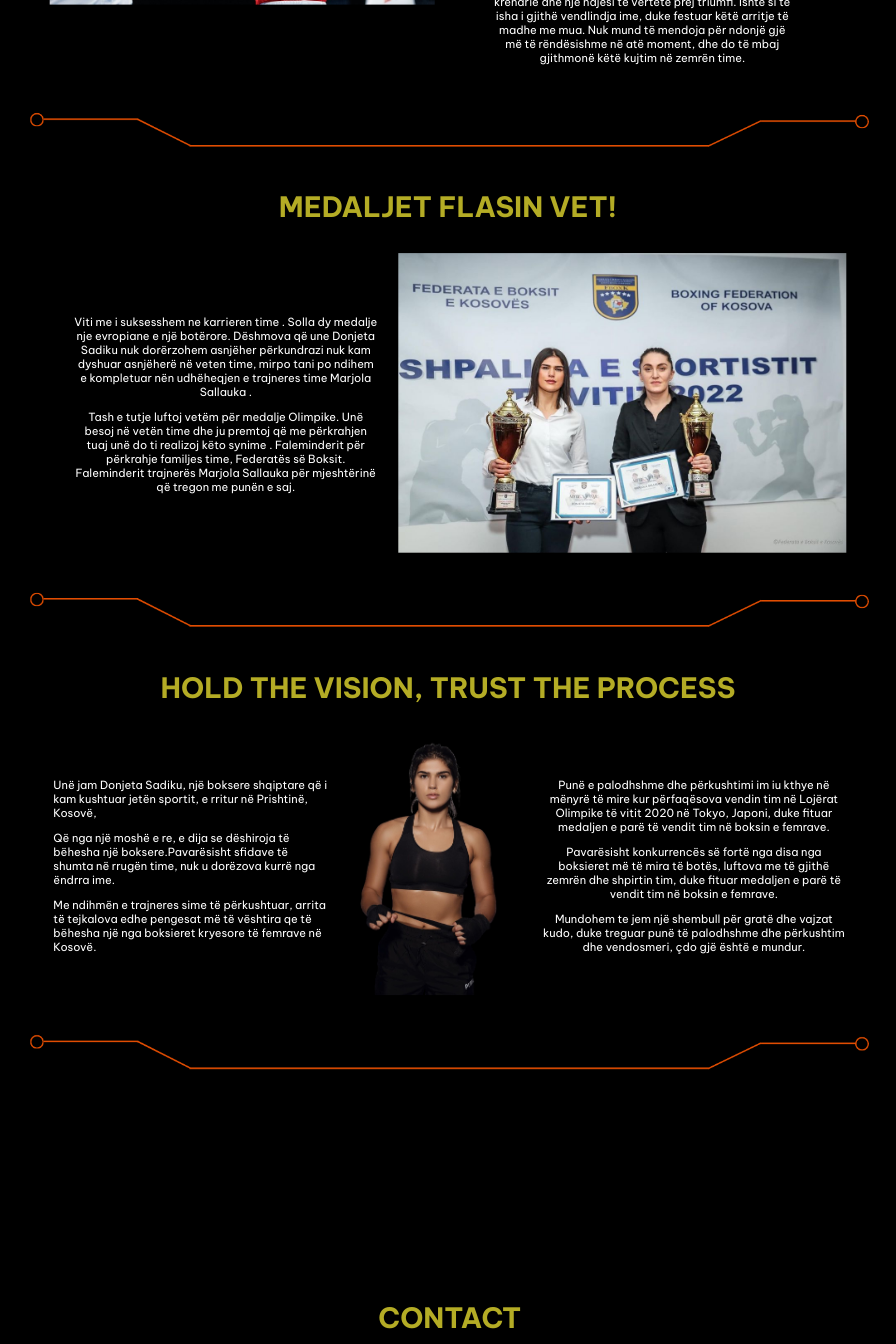
Repository: milot-morina/ds-boxing
Page: DS-Portfolio/index.html
The author's editor kept a copy of each file at every save. The page is drawn from the files as they stood at one save, then again after the next save.
The browser window is 1280 px wide. The pictures show the part of the page from y = 1171 to 3091 px (the page is 4240 px tall before and 3555 px after), at 70% of full size.
A picture or video elsewhere on the page could not be fetched, so the positions and the page height are approximate.

Above is the page before, as saved 2023-03-21 08:43:18.

### DS-Portfolio/index.html
<!DOCTYPE html>
<html lang="en">
<head>
  <meta charset="UTF-8">
  <meta http-equiv="X-UA-Compatible" content="IE=edge">
  <meta name="viewport" content="width=device-width, initial-scale=1.0">
  <title>Donjeta Sadiku</title>
  <link rel="stylesheet" href="style.css">
  <link rel="stylesheet" href="https://cdnjs.cloudflare.com/ajax/libs/font-awesome/6.0.0-beta2/css/all.min.css" integrity="sha512-YWzhKL2whUzgiheMoBFwW8CKV4qpHQAEuvilg9FAn5VJUDwKZZxkJNuGM4XkWuk94WCrrwslk8yWNGmY1EduTA==" crossorigin="anonymous" referrerpolicy="no-referrer" />
  <link rel="icon" href="logofinal.png" type="image/icon type" style="width: 100%;">
  <link href="https://fonts.googleapis.com/css2?family=Be+Vietnam+Pro:wght@400;500;700&display=swap" rel="stylesheet">
</head>
<body>

  <section class="section1" id="home">
    <video muted autoplay loop style="pointer-events: none;">
      <source src="DS-Glitch.mp4" type="video/mp4">
    </video>
    <header class="hidden3">
      <div class="container">
        <nav class="navbar">
          <div class="brand-title">
            <img src="unitetiLogoFinal.png" alt="" width="130px">
          </div>
          <a href="#" class="toggle-button">
            <span class="bar"></span>
            <span class="bar"></span>
            <span class="bar"></span>
          </a>
          <div class="navbar-links">
            <ul>
              <li><a href="#home" class="home-btn">HOME</a></li>
              <li><a href="#club" class="header-club">CLUB</a></li>
              <li><a href="#contact" class="header-link a">CONTACT</a></li>
              <li><a href="#form" class="header-link a">FORM</a></li>
            </ul>
            <div class="socials">
            <i class="fa-brands fa-facebook"><a href="https://www.youtube.com/watch?v=dQw4w9WgXcQ"></a></i>
            <i class="fa-brands fa-instagram"></i>
            <i class="fa-brands fa-youtube"></i>
            <i class="fa-brands fa-app-store-ios"></i>
          </div>
          </div>

        </nav>
      </div>
    </header>
  </section>


  <img src="separator2.png" alt="" width="100%" style="margin-top: 40px;" class="first-seperator">


  <section class="section2 container row" id="club">

    <div class="images hidden2">
      <img src="handsUp.jpg" alt="">
    </div>
    <div class="text hidden">
      <p class="section-h hidden3">HISTORIA SHKRUHET!</p>
      <p class="section2-p hidden3">Nuk ka fjalë për t'u shprehur se sa krenare isha për të përfaqësuar vendin tim në skenën dhe për të marrë medalje ne kete nivel. Ishte një ndjenjë e mrekullueshme të përfaqësosh vendin tënd dhe të ndjehesh si një ambasador i saj në arenën nderkombetare.</p>
      <p class="section2-p hidden3">Në çdo moment të kësaj përvojeje, isha e mbuluar nga emocionet për rëndësinë që kjo ngjarje kishte për popullin tim dhe për boksierët shqiptarë. Nuk ishte thjesht një fitore personale, por ishte një fitore që përfaqësoi përparimin e boksi shqiptar dhe mundësinë e një të ardhme të ndritshme për sportin në vendin tonë.</p>
      <p class="section2-p hidden3">Kur mora medaljen olimpike, ndjeva një ndjenjë të thellë krenarie dhe një ndjesi të vërtetë prej triumfi. Ishte si të isha i gjithë vendlindja ime, duke festuar këtë arritje të madhe me mua. Nuk mund të mendoja për ndonjë gjë më të rëndësishme në atë moment, dhe do të mbaj gjithmonë këtë kujtim në zemrën time.</p>

    </div>

  </section>

  <img src="separator2.png" alt="" width="100%" style="margin-top: 30px;">


  <section class="section3 container">
    <p class="section-h">MEDALJET FLASIN VET!</p>
   <div class="row">
    <div class="text hidden2">
      <p>Viti me i suksesshem ne karrieren time . Solla dy medalje nje evropiane e një botërore. Dëshmova që une Donjeta Sadiku nuk dorërzohem asnjëher përkundrazi nuk kam dyshuar asnjëherë në veten time, mirpo tani po ndihem e kompletuar nën udhëheqjen e trajneres time Marjola Sallauka .</p>
      <p>Tash e tutje luftoj vetëm për medalje Olimpike. Unë besoj në vetën time dhe ju premtoj që me përkrahjen tuaj unë do ti realizoj këto synime . Faleminderit për përkrahje familjes time, Federatës së Boksit. Faleminderit trajnerës Marjola Sallauka për mjeshtërinë që tregon me punën e saj.</p>
    </div>
    <div class="images hidden">
      <img src="DplusMar.jpg" alt="" style="max-width: 640px;">
    </div>
   </div>

  </section>








  <img src="separator2.png" alt="" width="100%" style="margin-top: 30px;">




  <section class="section4 container" id="nft">
    <p class="section-h hidden3">HOLD THE VISION, TRUST THE PROCESS</p>
    <div class="row">
      <div class="text hidden2" style="text-align: left">
        <p>Unë jam Donjeta Sadiku, një boksere shqiptare që i kam kushtuar jetën sportit, e rritur në Prishtinë, Kosovë,
        </p>
        <p>Që nga një moshë e re, e dija se dëshiroja të bëhesha një boksere.Pavarësisht sfidave të shumta në rrugën time, nuk u dorëzova kurrë nga ëndrra ime.
        </p>
        <p>Me ndihmën e trajneres sime të përkushtuar, arrita të tejkalova edhe pengesat më të vështira qe të bëhesha një nga boksieret kryesore të femrave në Kosovë.</p>
      </div>
      <div class="hidden3">
        <div class="column">
          <img src="profilePic.png" alt="" style="width: 300px;">
          <!-- <img src="shadow.png" alt="" style="width: 300px;"> -->
        </div>
      </div>
      <div class="text hidden">
        <p>Punë e palodhshme dhe përkushtimi im iu kthye në mënyrë të mire kur përfaqësova vendin tim në Lojërat Olimpike të vitit 2020 në Tokyo, Japoni, duke fituar medaljen e parë të vendit tim në boksin e femrave.</p>
        <p>Pavarësisht konkurrencës së fortë nga disa nga boksieret më të mira të botës, luftova me të gjithë zemrën dhe shpirtin tim, duke fituar medaljen e parë të vendit tim në boksin e femrave.
        </p>
        <p>
          Mundohem te jem një shembull për gratë dhe vajzat kudo, duke treguar punë të palodhshme dhe përkushtim dhe vendosmeri, çdo gjë është e mundur.
        </p>
      </div>
    </div>

  </section>

  <img src="separator2.png" alt="" width="100%" style="margin-top: 30px;">

  <section class="section4 container" id="nft">
    <div>
      <h2>Projects Completed:</h2>
      <div class="number-counter" data-count="1000">0</div>
    </div>
    <div>
      <h2>Number of Employees:</h2>
      <div class="number-counter" data-count="50">0</div>
    </div>
    <div>
      <h2>Years of Experience:</h2>
      <div class="number-counter" data-count="15">0</div>
    </div>
  </section>


  <section class="section5 container" id="contact">
    <div class="text">
      <p class="section-h">CONTACT</p>
      <p>Unë gjithmonë vlerësoj përkushtimin dhe mbështetjen e fansave dhe njerëzve të interesuar për mua dhe karrierën time si boksere. Ndaj, ju inkurajoj të na kontaktoni dhe të ndajmë bashkë idetë, pyetjet dhe komentet tuaja. Unë shpresoj se historia ime do t'ju frymëzojë dhe do t'ju ndihmojë të arrini qëllimet tuaja si sportist ose në jetën tuaj të përditshme.</p>
      <p style="color: #B4AC25; margin-top: 45px;">DONJETASADIKU@INFO.COM</p>
    </div>
  </section>






 <img src="separator2.png" alt="" width="100%" style="margin-top: 30px;">

  <section class="section6 container" id="form">
    <div class="text">
      <p class="section-h">APPLICATION FORM</p>
    </div>
    <form action="#">
      <div class="form-row">
        <input type="text" placeholder="First Name">
        <input type="text"placeholder="Surname">
      </div>
      <div class="form-row">
        <input type="text" placeholder="Phone">
        <input type="email" placeholder="Email">
      </div>
      <div class="long-inputs-form">
        <input type="text" placeholder="Occupation"><br>
        <input type="text" placeholder="Message" style="padding-block: 40px;">
      </div>
    </form>
    <button class="home-btn">Apply</button>
    <div class="socials" style="margin-block: 40px;">
      <a href="https://www.facebook.com/your-page"><i class="fa-brands fa-facebook"></i></a>
      <a href="https://www.instagram.com/donjetasadikuofficial/"><i class="fa-brands fa-instagram"></i></a>
      <a href="https://www.youtube.com/channel/your-channel"><i class="fa-brands fa-youtube"></i></a>
      <!-- <a href="https://apps.apple.com/your-app"><i class="fa-brands fa-app-store-ios"></i></a> -->
    </div>


    <div class="text" style="margin-bottom: 40px;">
      <p>Copyright © - 2023 - Donjeta Sadiku </p>
    </div>


    <div style="background-color: rgba(0, 0, 0, 0.2); display: flex; justify-content: center; align-items: center;">
      <a class="navbar-brand" href="https://www.reetech.ch/">
        <img src="reetech.png" width="185" height="105" class="d-inline-block align-top" alt="">
      </a>
    </div>

  </section>




  <script src="script.js"></script>
</body>
</html>

### DS-Portfolio/style.css
html {
  scroll-behavior: smooth;
  transition: 2s;
  overflow-x: hidden;
}

body {
  text-align: center;
  overflow-x: hidden;
  font-family: 'Be Vietnam Pro', sans-serif;
}

/* header----*/


header {
  background-color: transparent;
  width: 100%;
  position: absolute;
  top: 0;
  left: 0;

  z-index: 100;
}


.navbar {
  display: flex;
  flex-direction: column;
  justify-content: space-between;
  align-items: flex-start;
  color: black;
}



.navbar-links {
  width: 100%;
  display: none;
}

.navbar-links ul {
  margin: 0;
  padding: 0;
  display: flex;
  flex-direction: column;
  width: 100%;
  text-align: center;
}

.navbar-links li {
  list-style: none;
  font-size: 15px;

}

.navbar-links li a {
  text-decoration: none;
  color: white;

  display: block;
}


.toggle-button {
  position: absolute;
  top: .75rem;
  right: 1rem;
  display: flex;
  flex-direction: column;
  justify-content: space-between;
  width: 31px;
  height: 21px;
}

.bar {
  width: 100%;
  height: 3px;
  background-color: white;
  border-radius: 10px;
}

.navbar-links.active {
  display: flex;
  flex-direction: column;
  background-color: transparent;
}

i {
  color: white;
}

i:hover {
  color: #B4AC25;
  cursor: pointer;
}



video {
  width: 100%;
  position: relative;
  height: auto;
  pointer-events: none;
  display: none;
}



.socials {
  width: 47%;
  display: block;
  margin: 5px auto;
  text-align: center;
}

i {
  margin-left: 12px;
  font-size: 24px;
}


.header-club {
  color: white;
  padding-inline: 10px;
  margin-top: 5px;
  max-width: 80px;
  display: block;
  margin-inline: auto;
  font-weight: 700;
}


.header-club:hover {
  color: white;
  border-color: #B4AC25;

}

.home-btn {
  color: white;
  padding-inline: 10px;
  margin-top: 5px;
  max-width: 80px;
  display: block;
  margin-inline: auto;
  font-weight: 700;
}

.home-btn:hover {
  color: white;
  border-color: white;
  background-color: transparent;
  cursor: pointer;
}


.header-link {
  color: white;
  padding-inline: 10px;
  margin-top: 5px;
  max-width: 80px;
  display: block;
  margin-inline: auto;
  font-weight: 700;
}

.header-link:hover {
  color: #B4AC25;
}

a {
  position: relative;
}

a::after {
  content: " ";
  position: absolute;
  background-color: #B4AC25;
  height: 3px;
  width: 0;
  left: 0;
  bottom: -10px;
  transition: 0.3s;
}

a:hover::after {
  width: 100%;
}





/*---------------header-----------*/




/*---------------------- collapsible table ------------------------*/

.main-collapsible {
  background-color: transparent;
  color: black;
  width: 100%;
  margin-inline: auto;
  margin-block: 120px 40px;
}



.container-collapsible {
  width: 100%;
  margin: 0 auto;
  display: flex;
  flex-direction: column;
  align-items: center;
}


hr {
  background-color: white;
  width: 90%;
  display: block;
  margin-inline: auto;
}



.collapsible-button {
  background-color: rgb(24, 24, 24);
  color: gray;
  cursor: pointer;
  padding: 5px;
  width: 93%;
  border-bottom: 1px solid white;
  display: flex;
  align-items: center;
  justify-content: space-between;
  text-align: left;
  outline: none;
  font-size: 15px;
  border: none;
}





.button-name-collapsible {
  color: white;
  text-align: left;
  outline: none;
  font-size: 16px;

}


.button-name-collapsible:hover {
  color: #B4AC25;
}



.collapsible-button:after {
  content: '\002B';
  color: white;
  font-weight: bold;
  float: right;
  margin-left: 5px;
  font-size: 24px;
}

.collapsible-button:hover::after{
  color: #B4AC25;
}

.active:after {
  content: "\2212";
}

.content {
  width: 93%;
  max-height: 0;
  overflow: hidden;
  transition: max-height 0.2s ease-out;
  background-color:  rgb(24, 24, 24);
  color: white;
  margin-bottom: 10px;
}

/*---------------------- collapsible table ------------------------*/



/*----------animations------------*/

.hidden {
  opacity: 0;
  filter: blur(2px);
  transform: translateX(60%);
  transition: all 700ms;
}


.hidden2 {
  opacity: 0;
  filter: blur(2px);
  transform: translateX(-60%);
  transition: all 700ms;
}

.hidden3 {
  opacity: 0;
  filter: blur(2px);
  transform: translateY(-5%);
  transition: all .7s;
}



.show {
  opacity: 1;
  filter: blur(0);
  transform: translateX(0);
}


@media(prefers-reduced-motion) {
  .hidden {
    transition: none;
  }
}

/*--------------animations------------------*/


/*---------main---------------*/

body {
  background-color: black;

}


.container {
  width: 90%;
  margin: 0 auto;
}



.first-seperator {
  display: none;
}

@media(min-width: 687px) and (max-width: 900px) {
  .column {
    display: flex;
    flex-direction: column;
    width: 100%;
    margin-left: 28%;
  }
}


.row2 {
  display: flex;
  align-items: center;
  justify-content: space-between;
}

.section2 {
  margin-top: 70px;
}

.section2 img {
  width: 80%;
  max-width: 500px;
  display: block;
  margin-inline: auto;
}

.text {
  color: white;
  max-width: 440px;
  display: block;
  margin-inline: auto;
}

.text p {
  font-weight: 400;
  margin-left: 5px;
}

.text .section-h,
.section-h {
  font-size: clamp(2.15rem, 2.5rem, 3.2rem);
  color: #B4AC25;
  font-weight: 700;
}

.images img {
  max-width: 550px;
  width: 100%;
}

.section3 .images img {
  width: 100%;
}


input {
  background-color: transparent;
  color: white;
  border: 1px solid white;
  padding: 20px 30px;
  margin: 5px;
  max-width: 410px;
}

input::placeholder {
  color: white;
  padding: 12px;
}

.long-inputs-form > input{
  width: 170px;
}

.section6 button{
  margin-top: 17px;
  padding: 10px 20px;
}

.section6 .socials{
  justify-content: center;
}



@media (min-width: 555px) {
  video {
    display: block;
  }

  .long-inputs-form > input{
    width: 470px;
  }

}


@media(min-width: 865px) {


  .toggle-button {
    display: none;
  }

  .navbar {
    flex-direction: row;
    align-items: center;
    justify-content: space-between;
  }

  .navbar-links  {
    display: flex;
    width: 100%;
    align-items: center;
  }

  .navbar-links ul {
    flex-direction: row;
    justify-content: center;
  }

  .navbar-links.active {
    flex-direction: row;
  }

  .socials {
    width: 6%;
    display: flex;
    justify-content: right;
  }

  .header-club {
    margin-left: 14px;
  }

}





@media (min-width: 900px) {
  .row {
    display: flex;
    justify-content: space-between;
    align-items: center;
  }

  .div {
    display: flex;
    justify-content: space-between;
    align-items: center;
    width: 100%;
    margin: 0 auto;
  }


  .long-inputs-form > input{
    width: 470px;
  }

}







/*---------------main-------------*/

### DS-Portfolio/script.js
const toggleButton = document.getElementsByClassName('toggle-button')[0]
const navbarLinks = document.getElementsByClassName('navbar-links')[0]

toggleButton.addEventListener('click', () => {
  navbarLinks.classList.toggle('active')
})



const observer = new IntersectionObserver((entries) => {
  entries.forEach((entry) => {
    console.log(entry)
    if (entry.isIntersecting) {
      entry.target.classList.add('show')
    } else {
      entry.target.classList.remove('show')
    }
  })
})

const hiddenElements = document.querySelectorAll('.hidden')
const hiddenElements2 = document.querySelectorAll('.hidden2')
const hiddenElements3 = document.querySelectorAll('.hidden3')
hiddenElements.forEach((el) => observer.observe(el))
hiddenElements2.forEach((el) => observer.observe(el))
hiddenElements3.forEach((el) => observer.observe(el))




//collapbsibleTable
let coll = document.getElementsByClassName("collapsible-button");
let i;

for (i = 0; i < coll.length; i++) {
  coll[i].addEventListener("click", function() {
    this.classList.toggle("active");
    let content = this.nextElementSibling;
    if (content.style.maxHeight){
      content.style.maxHeight = null;
    } else {
      content.style.maxHeight = content.scrollHeight + "px";
    }
  });
}

After the next save:
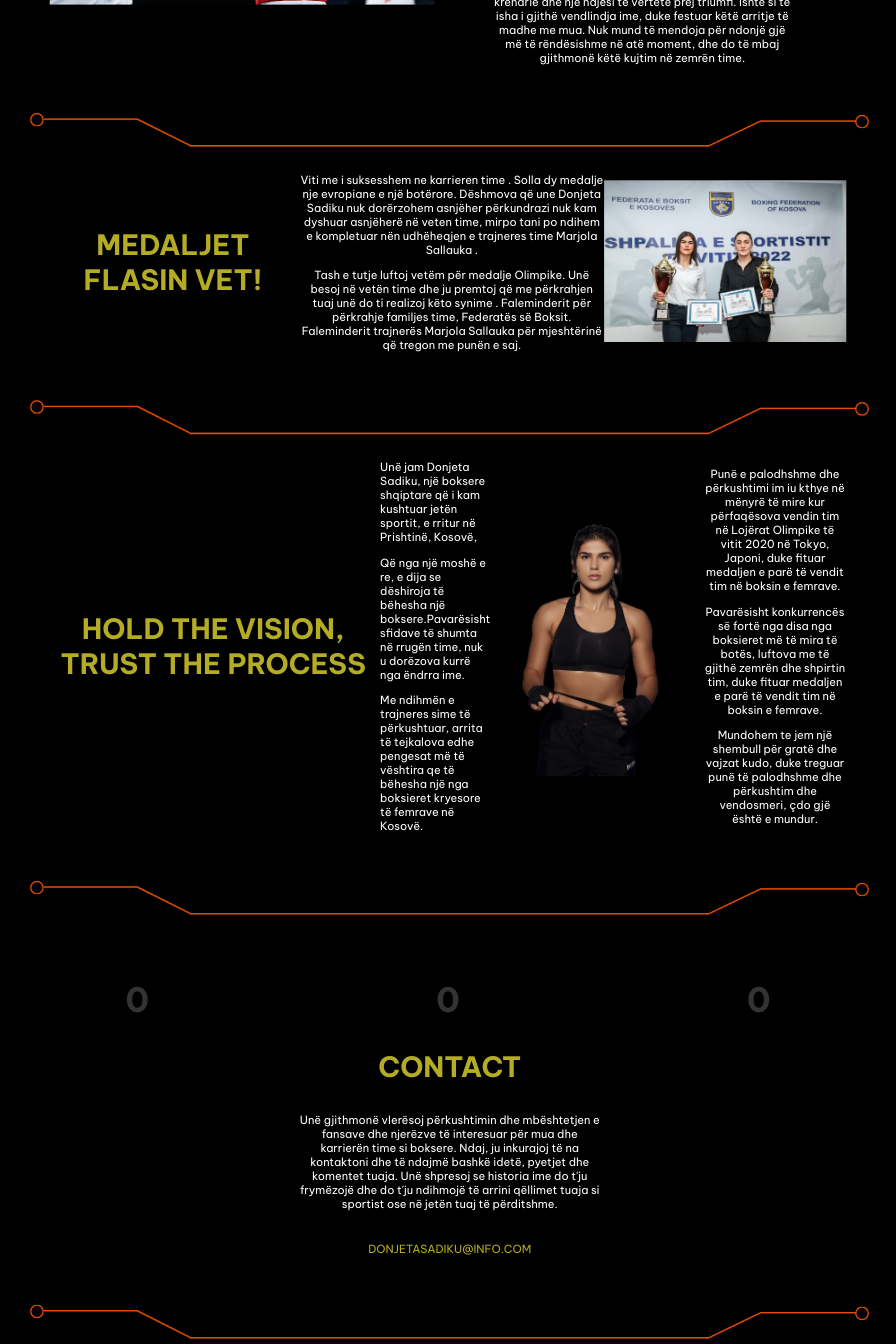
Saved 21 s later.
--- a/DS-Portfolio/style.css
+++ b/DS-Portfolio/style.css
@@ -11,6 +11,20 @@
 }
 
 /* header----*/
+section {
+  display: flex;
+  justify-content: space-between;
+  align-items: center;
+}
+
+.number-counter {
+  font-size: 3rem;
+  font-weight: bold;
+  color: #333;
+}
+
+
+
 
 
 header {
